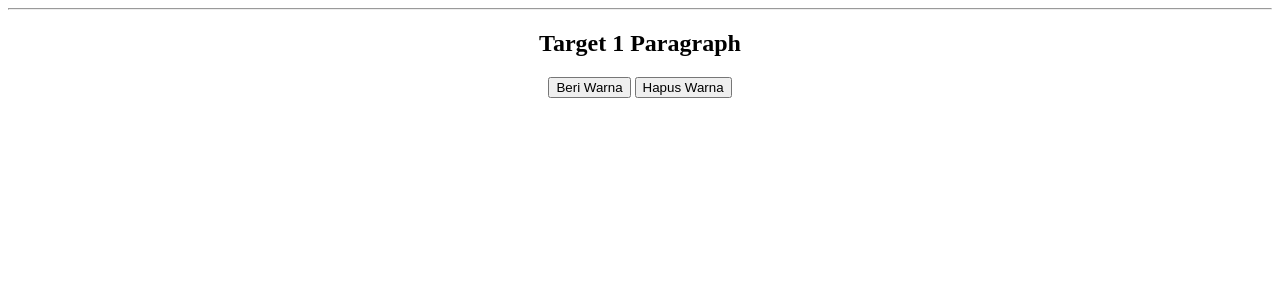
Repository: Irantsitumorang/projectRepo1
Page: BelajarJS/LatihanHTML/WebContent/jQuerytugas.html
These files come from the project's save history. The page is drawn as it stood at one moment and after the next save; the edit follows.
The browser window is 1280 px wide. The pictures show the whole page.

Above is the page before, as saved 2021-06-30 04:11:04.
Console error: ReferenceError: $ is not defined

### BelajarJS/LatihanHTML/WebContent/jQuerytugas.html
<!DOCTYPE html>
<html>
<head>
<meta charset="UTF-8">
<title>Belajar jQuery</title>
<script>
   $(document).ready(function() {

     $( "#tombol_animasi" ).click(function() {
       $( "#box" ).animate({
           width: "80%",
           height: "80px",
           opacity: 0.4
         });
     });

   });
   </script>
   <style>
     #box {
       width: 100px;
       height: 50px;
       background-color: silver;
       border: 2px solid black;
       padding: 0 10px;
     }
   </style>
</head>
<body style="text-align:center">
  <hr />
  <h2>Target 1 Paragraph</h2>
  <button id="tombol_animasi">Beri Warna</button>
  <button id="tombol_animasi">Hapus Warna</button>
</body>
</html>

After the next save:
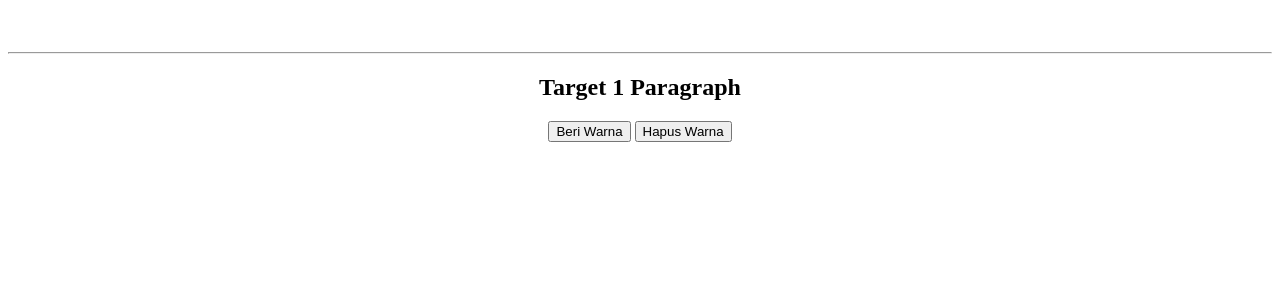
Saved 25 s later.
--- a/BelajarJS/LatihanHTML/WebContent/jQuerytugas.html
+++ b/BelajarJS/LatihanHTML/WebContent/jQuerytugas.html
@@ -27,6 +27,7 @@
    </style>
 </head>
 <body style="text-align:center">
+	<br/><br/>
   <hr />
   <h2>Target 1 Paragraph</h2>
   <button id="tombol_animasi">Beri Warna</button>
